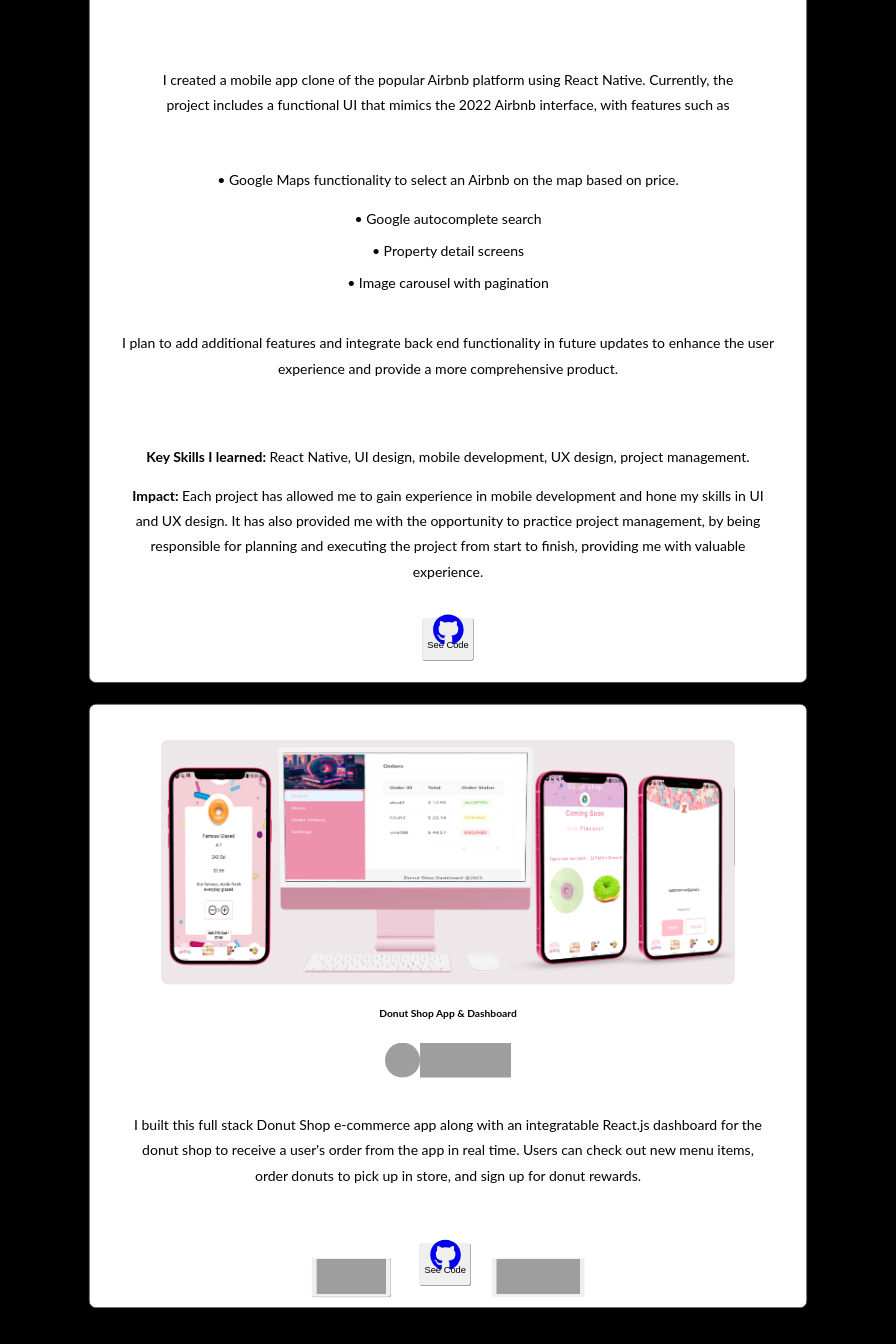
Repository: JamesPesenti/portfolio
Page: /
The author's editor kept a copy of each file at every save. The page is drawn from the files as they stood at one save, then again after the next save.
The browser window is 1280 px wide. The pictures show the part of the page from y = 2031 to 3951 px (the page is 6929 px tall), at 70% of full size.
Pictures or frames that could not be fetched are drawn as grey boxes. The project was rebuilt for these pictures with package versions that can differ from the ones it lists, and the page was loaded fresh each time. Imported but missing from the stored project, and not drawn on this page: src/Components/James Pesenti Resume 2023.pdf.

Above is the page before, as saved 2023-05-06 09:43:02.

### public/index.html
<!DOCTYPE html>
<html lang="en">
  <head>
    <meta charset="utf-8" />
    <link rel="" href="" />
    <meta name="viewport" content="width=device-width, initial-scale=1" />
    <meta name="theme-color" content="#000000" />
    <meta name="description" content="James Pesenti Portfolio 2022" />
    <link rel="apple-touch-icon" href="" />
    <link rel="manifest" href="%PUBLIC_URL%/manifest.json" />

    <title>Portfolio 2023</title>

  </head>
  <body>
    <div id="root"></div>
  </body>
</html>

### src/Components/Navbar.jsx
import React, {Component} from 'react'
import { FaGithub } from "react-icons/fa";
import { FaEnvelope } from "react-icons/fa";
import { FaFile } from "react-icons/fa";
import Pdf from "../Components/James Pesenti Resume 2023.pdf"


const Navbar = () => {
  return (
    <>
          <div className="navbar flex">
            <div className="container">
                <nav>
                  <ul style={{textAlign: "center", marginTop: 70, position: 'relative', left: 0, top: -2}}>
                    <li>
                      <a className="App-link"  href="mailto:jamespesenti91@gmail.com" target="_blank" rel="noopener noreferrer">
                      <FaEnvelope size={35} style={{display: "flex", textAlign: "center", marginLeft: 10}}/>
                          Contact
                      </a>
                    </li>
                    <li>
                      <a className="App-link" href="https://github.com/JamesPesenti" target="_blank" rel="noopener noreferrer">
                        <FaGithub size={35} style={{display: "flex", textAlign: "center", marginLeft: 10}} />
                        GitHub
                      </a>
                    </li>
                    <li>
                      <a className="App-link" href={Pdf} target="_blank" rel="noopener noreferrer">
                        <FaFile size={35} style={{display: "flex", textAlign: "center", marginLeft: 10}} />
                        Resume
                      </a>
                    </li>
                  </ul>
                </nav>
                {/* <h4 style={{color: "white", textAlign: 'center', marginBottom:-440}}>
                  See my work below and send a message to get in touch
                </h4> */}
            </div>
          </div>
    </>
  )
}

export default Navbar

### src/Components/AboutMe.jsx
import React from 'react'
import { FontAwesomeIcon } from '@fortawesome/react-fontawesome'
import { FaGithub } from "react-icons/fa";
import { FaMapPin } from "react-icons/fa";

const AboutMe = () => {
  return (
    <>

        <div style={{justifyContent: "center", textAlign: "center", color: "white", padding: 50,}}>
            {/* Spinning image  */}
            {/* <img style={{padding: 10, borderRadius: "50%", width: 200, height: 200,}} src="/images/IMG_1619.jpg" className="App-logo" alt="logo" /> */}
            <img style={{padding: 10, borderRadius: "50%", width: 200, height: 200,}} src="/images/IMG_1619.jpg" alt="logo" />
            <h1>I'm James Pesenti</h1>
            <h2>a Software Developer building mobile apps and websites</h2>
              <FaMapPin size={20} style={{position: "relative", top: 5, right: 65, }} />
              <h3 style={{marginTop: -24}}> Chicago, IL</h3>
        </div>

</>
  )
}

export default AboutMe

### src/Components/Scroll.jsx
import React from 'react'
import '../CSS/App.css';


const Scroll = () => {

  return (
    <>

        <div style={{marginBottom: 400, justifyContnent: 'center'}} id="section09" class="demo">
          <a href="#parallaxContainer">
            <span></span>
            Scroll down to see my work
          </a>
        </div>

    </>
  )
}

export default Scroll

### src/Components/MyProjects.jsx
import UberGoogleButton from "../Components/UberGoogleButton"
import AstonGoogleButton from "./AstonGoogleButton"
import AstonAppleButton from "./AstonAppleButton"
import BarceGoogleButton from "../Components/BarceGoogleButton"
import BarceAppleButton from "./BarceAppleButton"
import { FaGithub } from "react-icons/fa";

const MyProjects = () => {
  return (

  <>
    <div id="parallaxContainer">

    {/* Airbnb Clone */}
    <div style={{ justifyContent: 'center', alignItems: 'center',  width: "80%", borderRadius: 10}} className="box">
            <div>
                <img style={{ borderRadius: 10, marginTop: 50, marginBottom: -35, width: "48%", height: 350, transition: ".7s", }} src="images/mockrocket-capture (11).png" />
            </div>
            <h4 style={{textAlign: 'center'}}>Airbnb Clone App</h4>
                <div style={{flexDirection: "row", padding: 10, borderRadius: 10, marginBottom: -40,}}>
                  <img style={{width: 50, height: 50, borderRadius: 50}} src="https://i.pinimg.com/originals/8a/02/1a/8a021aa097236b42dd71fb731e3d894d.gif"/>
                  <img style={{width: 80, height: 50, }} src="https://www.datocms-assets.com/45470/1631026680-logo-react-native.png"  />
                  {/* <img style={{width: 50, height: 50, }} src="https://pbs.twimg.com/profile_images/1114309924551417856/FKA4cm2x_400x400.png"  /> */}
                </div>
            <p style={{fontSize: 20, textAlign: 'center', padding: 100, marginBottom: -50}}>I created a mobile app clone of the popular Airbnb platform using React Native. Currently, the project includes a functional UI that mimics the 2022 Airbnb interface, with features such as</p>
            <p style={{fontSize: 20, padding: 0}}> &#8226; Google Maps functionality to select an Airbnb on the map based on price.</p>
            <p style={{fontSize: 20, padding: 0, marginBottom: -10}}>&#8226; Google autocomplete search</p>
            <p style={{fontSize: 20, padding: 0, marginBottom: -10}}>&#8226; Property detail screens</p>
            <p style={{fontSize: 20,  padding: 0, marginBottom: -10}}>&#8226; Image carousel with pagination</p>
            <p style={{fontSize: 20, textAlign: 'center', padding: 40}}>I plan to add additional features and integrate back end functionality in future updates to enhance the user experience and provide a more comprehensive product.</p>
            <p style={{fontSize: 20, textAlign: 'center', padding: 30, marginBottom: -80}}><b> Key Skills I learned: </b>React Native, UI design, mobile development, UX design, project management.</p>
            <p style={{fontSize: 20, textAlign: 'center', padding: 50}}><b> Impact: </b> Each project has allowed me to gain experience in mobile development and hone my skills in UI and UX design. It has also provided me with the opportunity to practice project management, by being responsible for planning and executing the project from start to finish, providing me with valuable experience.</p>

            <div style={{flexDirection: "row"}}>
                {/* <UberGoogleButton  /> */}
                <button style={{marginTop: 10}} type="button" className="codeButton">
                  <a href="https://github.com/JamesPesenti/Airbnb" target="_blank" rel="noopener noreferrer">
                    <FaGithub  size={45} style={{ marginTop: -80, marginBottom: -25, justifyContent: "center", textAlign: "center"}} />
                  </a>
                  <p>See Code</p>
                </button>
                {/* <AstonAppleButton  /> */}
            </div>

        </div>


     {/* Donut Shop App */}
     <div style={{marginTop: 30, marginBottom: 20, justifyContent: 'center', alignItems: 'center',  width: "80%", borderRadius: 10}} className="box">
            <div>
                <img style={{ borderRadius: 10, marginTop: 50, width: "80%", height: 350, transition: ".7s", }} src="/images/appAndDashMock.png" />
            </div>
            <h4 style={{textAlign: 'center'}}>Donut Shop App & Dashboard</h4>
                <div style={{flexDirection: "row", padding: 10, borderRadius: 10, marginBottom: -40,}}>
                  <img style={{width: 50, height: 50, borderRadius: 50}} src="https://i.pinimg.com/originals/8a/02/1a/8a021aa097236b42dd71fb731e3d894d.gif"/>
                  <img style={{width: 80, height: 50, }} src="https://www.datocms-assets.com/45470/1631026680-logo-react-native.png"  />
                  <img style={{width: 50, height: 50, }} src="https://pbs.twimg.com/profile_images/1114309924551417856/FKA4cm2x_400x400.png"  />
                </div>
            <p style={{fontSize: 20,textAlign: 'center', padding: 50}}>I built this full stack Donut Shop e-commerce app along with an integratable React.js dashboard for the donut shop to receive a user's order from the app in real time. Users can check out new menu items, order donuts to pick up in store, and sign up for donut rewards.</p>

            <div style={{flexDirection: "row"}}>
                <UberGoogleButton  />
                <button style={{marginTop: 40}} type="button" className="codeButton">
                  <a href="https://github.com/JamesPesenti/Donut_Shop" target="_blank" rel="noopener noreferrer">
                    <FaGithub  size={45} style={{ marginTop: -80, marginBottom: -25, justifyContent: "center", textAlign: "center"}} />
                  </a>
                  <p>See Code</p>
                </button>
                <AstonAppleButton  />
            </div>

        </div>


    {/* Uber Eats App */}
    <div style={{marginTop: 80, marginBottom: 60, justifyContent: 'center', alignItems: 'center',  width: "80%", borderRadius: 10}} className="box">
            <div className="imgWrapper" style={{width: 480, height: 350}}>
                <img style={{ borderRadius: 5, marginTop: 50, width: "100%", height: 300, transition: ".7s", }} src="/images/UberEatsLast.png" />
            </div>
            <h4 style={{textAlign: 'center'}}>Uber Eats Clone App</h4>
                <div style={{flexDirection: "row", padding: 10, borderRadius: 10, marginBottom: -40,}}>
                  <img style={{width: 50, height: 50, borderRadius: 50}} src="https://i.pinimg.com/originals/8a/02/1a/8a021aa097236b42dd71fb731e3d894d.gif"/>
                  <img style={{width: 80, height: 50, }} src="https://www.datocms-assets.com/45470/1631026680-logo-react-native.png"  />
                  <img style={{width: 50, height: 50, }} src="https://pbs.twimg.com/profile_images/1114309924551417856/FKA4cm2x_400x400.png" />
                </div>
            <p style={{fontSize: 20,textAlign: 'center', padding: 50}}>A full stack React Native app inspired by the UberEats user app. I utilized AWS Amplify's datastore to configure the back end to query and save customer's orders and used Amazon Cognito for user registration, authentication, & account recovery.</p>

            <div style={{flexDirection: "row"}}>
                <UberGoogleButton  />
                <button style={{marginTop: 40}} type="button" className="codeButton">
                  <a href="https://github.com/JamesPesenti/UberEatsClone" target="_blank" rel="noopener noreferrer">
                    <FaGithub  size={45} style={{ marginTop: -80, marginBottom: -20, justifyContent: "center", textAlign: "center"}} />
                  </a>
                  <p>See Code</p>
                </button>
                <AstonAppleButton  />
            </div>

        </div>


     {/* Aston Waikiki App */}
       <div style={{marginTop: 80, marginBottom: 120, justifyContent: 'center', alignItems: 'center',  width: "80%", borderRadius: 10}} className="box">
            <div className="imgWrapper" style={{width: 450, height: 350}}>
                <img style={{ marginTop: 50, width: "100%", height: "auto", transition: ".7s", }} src="/images/astonmock.png" />
            </div>
            <h4 style={{textAlign: 'center'}}>Aston Waikiki Hotel UI</h4>
                <div style={{flexDirection: "row", padding: 10, borderRadius: 10, marginBottom: -40,}}>
                  <img style={{width: 50, height: 50, borderRadius: 50}} src="https://i.pinimg.com/originals/8a/02/1a/8a021aa097236b42dd71fb731e3d894d.gif"/>
                  <img style={{width: 80, height: 50, }} src="https://www.datocms-assets.com/45470/1631026680-logo-react-native.png"  />
                </div>
            <p style={{fontSize: 20,textAlign: 'center', padding: 50}}>A React Native UI design I created to reimagine the hotel Aston Waikiki Beach's website into a cross platform mobile app. I used most of the content and images from the current website and utilized both Bottom Tabs, Drawer navigation and other React Native libraries for a better user experience.</p>

            <div style={{flexDirection: "row"}}>
                <AstonGoogleButton  />
                <button style={{marginTop: 40}} type="button" className="codeButton">
                        <a href="https://github.com/JamesPesenti/AstonWaikikiBeachApp" target="_blank" rel="noopener noreferrer">
                            <FaGithub  size={45} style={{ marginTop: -80, marginBottom: -20, justifyContent: "center", textAlign: "center"}} />
                        </a>
                        <p>See Code</p>
                </button>
                <AstonAppleButton  />
            </div>

        </div>


    {/* Barcelona App */}
       <div style={{marginTop: 20, marginBottom: 120, justifyContent: 'center', alignItems: 'center',  width: "80%", borderRadius: 10}} className="box">
            <div className="imgWrapper" style={{width: 650, height: 300}}>
                <img style={{ marginTop: 30, width: "100%", height: 250, transition: ".7s", }} src="/images/barcelonamockup.png" />
            </div>
            <h4 style={{textAlign: 'center'}}>Barcelona Tourist App</h4>
                <div style={{flexDirection: "row", padding: 10, borderRadius: 10, marginBottom: -20,}}>
                <img style={{width: 80, height: 50,}} src="https://www.datocms-assets.com/45470/1631026680-logo-react-native.png"  />
                <img style={{width: 50, height: 50, borderRadius: 50}} src="https://i.pinimg.com/originals/8a/02/1a/8a021aa097236b42dd71fb731e3d894d.gif"/>
                </div>
            <p style={{fontSize: 20, textAlign: 'center', padding: 50}}>I created this React Native app for visitors of Barcelona Spain to save pictures and locations of their favorite places. I used pop-up modals for users to quickly get information on popular sights and used geolocation with google maps so users can save their location and select it on the map.</p>

            <div style={{flexDirection: "row"}}>
               <BarceAppleButton  />
                <button style={{marginTop: 40}} type="button" className="codeButton">
                        <a href="https://github.com/JamesPesenti/BarcelonaApp" target="_blank" rel="noopener noreferrer">
                            <FaGithub  size={45} style={{ marginTop: -80, marginBottom: -20, justifyContent: "center", textAlign: "center"}} />
                        </a>
                        <p>See Code</p>
                </button>
                <BarceGoogleButton  />
            </div>

        </div>

    {/* IAR React App */}
        {/* <div style={{marginBottom: 0, justifyContent: 'center', alignItems: 'center',  width: "80%", borderRadius: 10}} className="box">
            <img style={{ width: 600, height: 350, borderRadius: 10, borderWidth: 2, borderColor: "green"}} src="/images/innermock.png" />
            <h4 style={{textAlign: 'center'}}>Inner Aura Readings Website</h4>
            <div style={{flexDirection: "row", padding: 10, borderRadius: 10}}>
                <img src="https://www.logo.wine/a/logo/React_(web_framework)/React_(web_framework)-Logo.wine.svg" style={{width: 100, height: 50,}} />
                <img className="logoBox" src="https://cdn.pixabay.com/photo/2017/08/05/11/16/logo-2582747_1280.png" style={{width: 50, height: 50,}} />
            </div>
            <p style={{fontSize: 20, textAlign: 'center', padding: 50}}>This was the first official React.js web app that I developed. I made it for a friend who wanted to reach more customers with a mobile friendly website. I made multiple iterations and converted it into a PWA for offline operability with native like performance. </p>
            <button style={{marginTop: 0}} type="button" className="codeButton">
                        <a href="https://github.com/JamesPesenti/InnerAuraReadings2022" target="_blank" rel="noopener noreferrer">
                            <FaGithub  size={45} style={{ marginTop: -80, marginBottom: -20, justifyContent: "center", textAlign: "center"}} />
                        </a>
                        <p>See Code</p>
            </button>

        </div> */}


{/* REapp */}
        {/* <div style={{marginBottom: 100, justifyContent: 'center', alignItems: 'center',  width: "80%", borderRadius: 10,}} className="box">
        <img style={{marginTop: 50, width: 800, height: 350, borderRadius: 10, borderWidth: 2, borderColor: "green"}} src="/images/remockup.png" />
            <h4 style={{textAlign: 'center'}}>Real Estate Listing Website </h4>
            <div style={{flexDirection: "row", padding: 10, borderRadius: 10}}>
                <img src="https://www.logo.wine/a/logo/React_(web_framework)/React_(web_framework)-Logo.wine.svg" style={{width: 100, height: 50,}} />
                <img src="https://img.icons8.com/color/480/cloud-firestore.png" style={{width: 50, height: 50,}} />
                <img src="https://raw.githubusercontent.com/JamesPesenti/RealEstateApp/16b046b3d34b4a26468627e906dc503be8911b73/src/assets/svg/googleIcon.svg" style={{marginBottom: 8, width: 100, height: 30,}} />
            </div>
            <p style={{fontSize: 20, textAlign: 'center', padding: 50}}>Real Estate listing website built with React, FireStore database and Google OAuth to sign in with a google account. You can search listings for rent/sale and login to your account to create a listing and save offers. Inspiration and back-end code taken from Brad Traversey's React course I took on Udemy.</p>
            <button style={{marginTop: 40}} type="button" className="codeButton">
                        <a href="https://github.com/JamesPesenti/RealEstateApp" target="_blank" rel="noopener noreferrer">
                            <FaGithub  size={45} style={{ marginTop: -80, marginBottom: -20, justifyContent: "center", textAlign: "center"}} />
                        </a>
                        <p>See Code</p>
            </button>
        </div> */}

    </div>


    </>
  )
}

export default MyProjects

### src/Components/UberGoogleButton.jsx
import React from 'react'


const UberGoogleButton = () => {
  return (
    <>
    <button type="button" style={{marginRight: 40, borderWidth: .1, borderColor: '#efefef', borderRadius: 5}}>
        <a href="https://expo.dev/accounts/jimpesenti/projects/UberEats/builds/b9dfcb73-dd37-4009-b5f9-7d24a72b937d">
            <img style={{width: 100, height: 50, borderRadius: 0}} src="https://logos-world.net/wp-content/uploads/2020/12/Google-Play-Logo-500x281.png"/>
        </a>
    </button>
    </>
  )
}

export default UberGoogleButton

### src/Components/AstonGoogleButton.jsx
import React from 'react'


const AstonGoogleButton = () => {
  return (
    <>
    <button type="button" style={{marginRight: 40, borderWidth: .1, borderColor: '#efefef', borderRadius: 5}}>
        <a href="https://play.google.com/store/apps/details?id=com.jamespesenti91.astonwaikikibeach">
            <img style={{width: 100, height: 50, borderRadius: 0}} src="https://logos-world.net/wp-content/uploads/2020/12/Google-Play-Logo-500x281.png"/>
        </a>
    </button>
    </>
  )
}

export default AstonGoogleButton

### src/Components/AstonAppleButton.jsx
import React from 'react'

const AstonAppleButton = () => {
  return (
    <>
    <button type="submit" style={{marginLeft: 30, borderWidth: 0,}}  >
        <a href="">
            <img style={{width: 120, height: 50, borderRadius: 0}} src="https://images.squarespace-cdn.com/content/v1/5b549a7f3c3a53487c250f58/1597439116255-P7ME5MNOIWQLJS1X4CPP/Apple+App+Store+Logo+Button.png"/>
        </a>
    </button>
    </>
  )
}

export default AstonAppleButton

### src/Components/BarceGoogleButton.jsx
import React from 'react'


const BarceGoogleButton = () => {
  return (
    <>
    <button type="button" style={{marginLeft: 30, borderWidth: .1, borderColor: '#efefef', borderRadius: 5}}>
        <a href="https://play.google.com/store/apps/details?id=com.jamespesenti91.VisitBarcelona">
            <img style={{width: 100, height: 50, borderRadius: 0}} src="https://logos-world.net/wp-content/uploads/2020/12/Google-Play-Logo-500x281.png" alt="barceButton"/>
        </a>
    </button>
    </>
  )
}

export default BarceGoogleButton

### src/Components/BarceAppleButton.jsx
import React from 'react'

const BarceAppleButton = () => {
  return (
    <>
    <button type="submit" style={{marginRight: 30, borderWidth: 0,}}  >
        <a href="">
            <img style={{width: 120, height: 50, borderRadius: 0}} src="https://images.squarespace-cdn.com/content/v1/5b549a7f3c3a53487c250f58/1597439116255-P7ME5MNOIWQLJS1X4CPP/Apple+App+Store+Logo+Button.png"/>
        </a>
    </button>
    </>
  )
}

export default BarceAppleButton

Loaded but not shown: src/index.js (common file); src/reportWebVitals.js (common file); src/serviceWorkerRegistration.js (137 lines, source omitted); src/App.js (33 lines, source omitted); src/CSS/App.css (351 lines, source omitted); src/CSS/index.css (197 lines, source omitted)

After the next save:
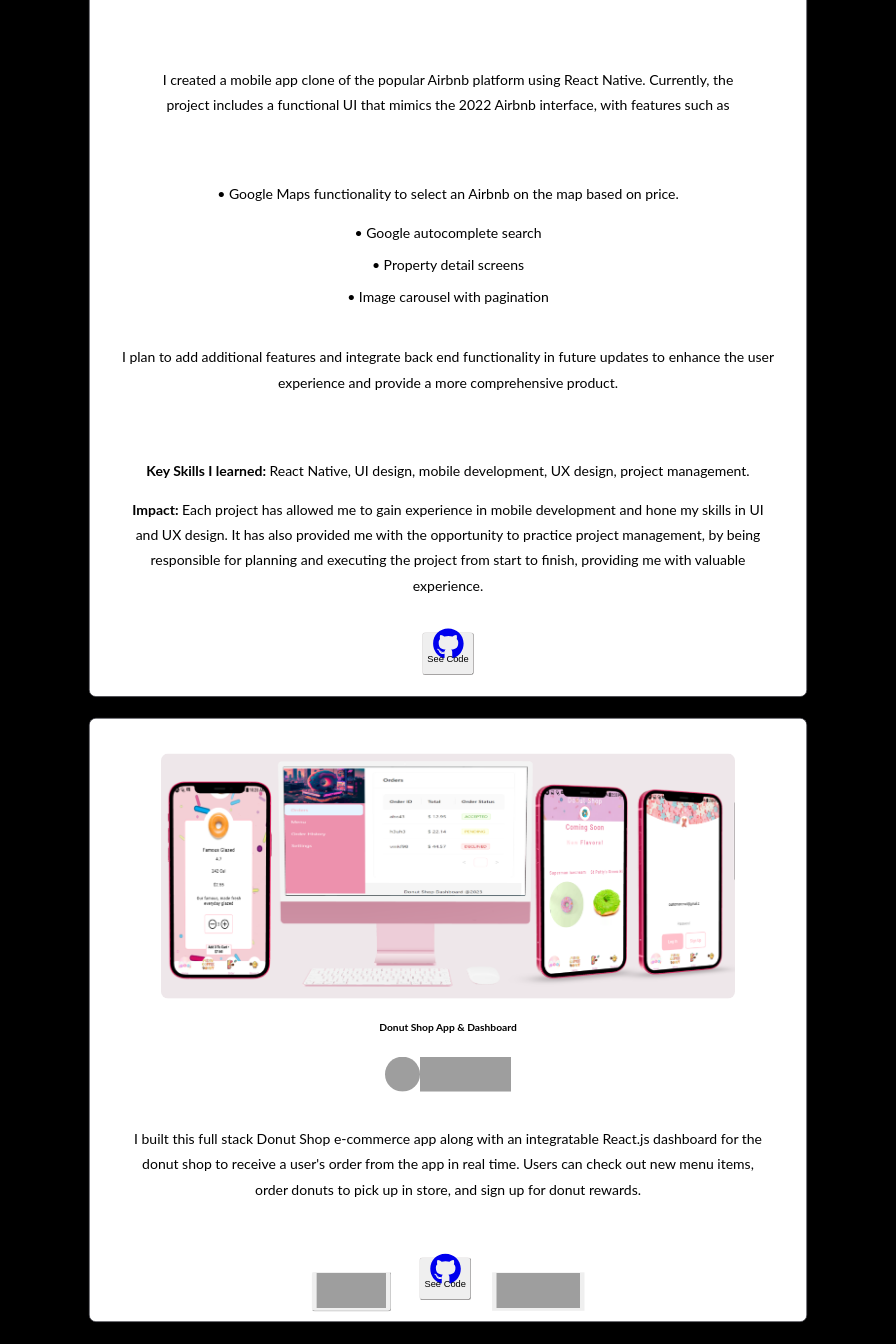
Saved 11 s later.
--- a/src/Components/MyProjects.jsx
+++ b/src/Components/MyProjects.jsx
@@ -22,7 +22,7 @@
                   <img style={{width: 80, height: 50, }} src="https://www.datocms-assets.com/45470/1631026680-logo-react-native.png"  />
                   {/* <img style={{width: 50, height: 50, }} src="https://pbs.twimg.com/profile_images/1114309924551417856/FKA4cm2x_400x400.png"  /> */}
                 </div>
-            <p style={{fontSize: 20, textAlign: 'center', padding: 100, marginBottom: -50}}>I created a mobile app clone of the popular Airbnb platform using React Native. Currently, the project includes a functional UI that mimics the 2022 Airbnb interface, with features such as</p>
+            <p style={{fontSize: 20, textAlign: 'center', padding: 100, marginBottom: -30}}>I created a mobile app clone of the popular Airbnb platform using React Native. Currently, the project includes a functional UI that mimics the 2022 Airbnb interface, with features such as</p>
             <p style={{fontSize: 20, padding: 0}}> &#8226; Google Maps functionality to select an Airbnb on the map based on price.</p>
             <p style={{fontSize: 20, padding: 0, marginBottom: -10}}>&#8226; Google autocomplete search</p>
             <p style={{fontSize: 20, padding: 0, marginBottom: -10}}>&#8226; Property detail screens</p>
